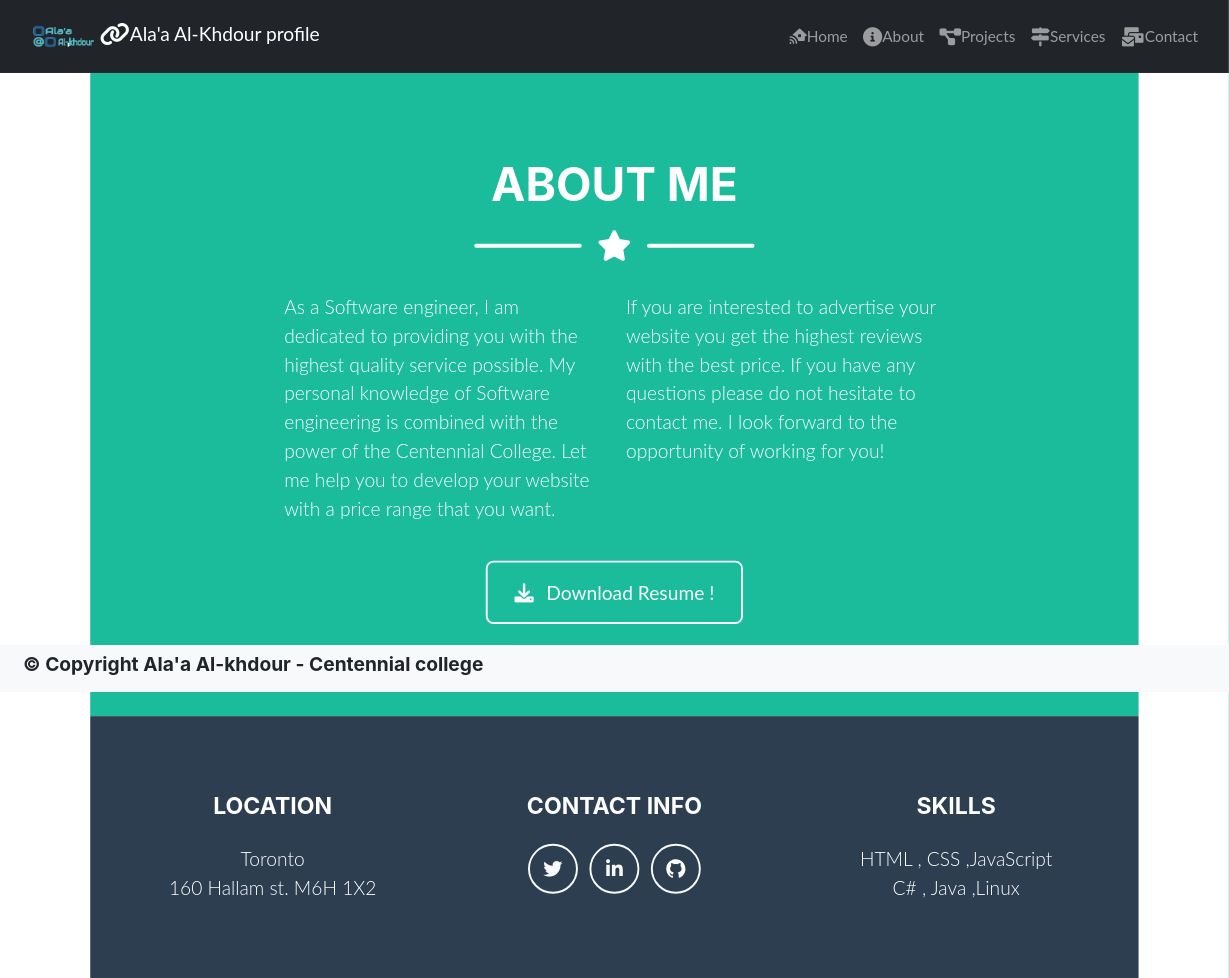
Repository: alaakhdour/heroukulivesite-section1
Page: http://localhost/about
These files come from the project's save history. The page is drawn as it stood at one moment and after the next save; the edit follows.
The browser window is 1280 px wide. The pictures show the whole page, at 96% of full size.
The page is served by the project's Node server (server.js). Other server files are loaded and not shown.

Above is the page before, as saved 2022-06-18 03:13:12.

### Server/Views/index.ejs

<!DOCTYPE html>
<html lang="en">
<head>
    <meta charset="UTF-8">
    <meta http-equiv="X-UA-Compatible" content="IE=edge">
    <meta name="viewport" content="width=device-width, initial-scale=1.0">
    <title><%= title %></title>
    <!-- CSS Section -->
    <link rel="stylesheet" href="./bootstrap/dist/css/bootstrap.min.css">
    <link rel="stylesheet" href="./@fortawsome/fontawesome-free/css/all.min.css">
    <link rel="stylesheet" href="./Content/app.css">
    <link rel="stylesheet" href="./Content/styles.css">
</head>
<body>
    <!-- Main Navigation Section -->
    <header>
        <%- include('./components/header.ejs'); %>
    </header>

    <!-- Content Section-->
    <main>
        <%- include('content/' + page + '.ejs'); %>

    </main>

    <!-- Site-wide footer-->
    <footer>
        <%- include('components/footer.ejs'); %>
    </footer>

    <!-- JavaScript Section -->
    <script src="./jquery/dist/jquery.min.js"></script>
    <script src="./bootstrap/dist/js/bootstrap.min.js"></script>
    <script src="./@fortawesome/fontawesome-free/js/all.min.js"></script>
    <script src="./Scripts/app.js"></script>
</body>
</html>

### Server/Views/components/header.ejs
<nav class="navbar navbar-expand-lg navbar-dark bg-dark">
    <div class="container-fluid">
      <a class="navbar-brand" href="/"> <img src="./Assets/images/logo.png" alt="" width="80" height="50"><i class="fa-solid fa-link fa-lg"></i>Ala'a Al-Khdour profile</a>
      <button class="navbar-toggler" type="button" data-bs-toggle="collapse" data-bs-target="#navbarSupportedContent" aria-controls="navbarSupportedContent" aria-expanded="false" aria-label="Toggle navigation">
        <span class="navbar-toggler-icon"></span>
      </button>
      <div class="collapse navbar-collapse" id="navbarSupportedContent">
        <ul class="navbar-nav ms-auto mb-2 mb-lg-0">
          <li class="nav-item">
            <a class="nav-link" aria-current="page" href="/home"><i class="fa-solid fa-house-signal"></i>Home</a>
          </li>

          <li class="nav-item">
            <a class="nav-link" aria-current="page" href="/about"><i class="fa-solid fa-circle-info fa-lg"></i>About</a>
          </li>

          <li class="nav-item">
            <a class="nav-link" aria-current="page" href="/projects"><i class="fa-solid fa-diagram-project fa-lg"></i>Projects</a>
          </li>

          <li class="nav-item">
            <a class="nav-link" aria-current="page" href="/services"><i class="fa-solid fa-signs-post fa-lg"></i>Services</a>
          </li>

          <li class="nav-item">
            <a class="nav-link" aria-current="page" href="/contact"><i class="fa-solid fa-envelopes-bulk fa-lg"></i>Contact </a>
          </li>


        </ul>
      </div>
    </div>
  </nav>

### Server/Views/content/about.ejs
<div class="container">


    <!-- About Section-->
    <section class="page-section bg-primary text-white mb-0" id="about">
        <div class="container">
            <!-- About Section Heading-->
            <h2 class="page-section-heading text-center text-uppercase text-white">About ME</h2>
            <!-- Icon Divider-->
            <div class="divider-custom divider-light">
                <div class="divider-custom-line"></div>
                <div class="divider-custom-icon"><i class="fas fa-star"></i></div>
                <div class="divider-custom-line"></div>
            </div>
            <!-- About Section Content-->
            <div class="row">
                <div class="col-lg-4 ms-auto"><p class="lead">As a Software engineer, I am dedicated to providing you with the highest quality service possible. My personal knowledge of Software engineering is combined with the power of the Centennial College. Let me help you to develop your website with a price range that you want. </p></div>
                <div class="col-lg-4 me-auto"><p class="lead">If you are interested to advertise your website you get the highest reviews with the best price. If you have any questions please do not hesitate to contact me. I look forward to the opportunity of working for you!</p></div>
            </div>
            <!-- About Section Button-->
            <div class="text-center mt-4">
                <a class="btn btn-xl btn-outline-light" href="./Assets/pdf/CV.Pdf" download>
                    <i class="fas fa-download me-2"></i>
                    Download Resume !
                </a>
            </div>
        </div>
    </section>

    <!-- Footer-->
    <footer class="footer text-center">
        <div class="container">
            <div class="row">
                <!-- Footer Location-->
                <div class="col-lg-4 mb-5 mb-lg-0">
                    <h4 class="text-uppercase mb-4">Location</h4>
                    <p class="lead mb-0">
                        Toronto
                        <br />
                        160 Hallam st. M6H 1X2
                    </p>
                </div>
                <!-- Footer Social Icons-->
                <div class="col-lg-4 mb-5 mb-lg-0">
                    <h4 class="text-uppercase mb-4">CONTACT INFO</h4>
                    <a class="btn btn-outline-light btn-social mx-1" href="https://twitter.com/alaakhdour"><i class="fab fa-fw fa-twitter"></i></a>
                    <a class="btn btn-outline-light btn-social mx-1" href="https://www.linkedin.com/in/ala-a-al-khdour-312240145/"><i class="fab fa-fw fa-linkedin-in"></i></a>
                    <a class="btn btn-outline-light btn-social mx-1" href="https://github.com/alaakhdour"><img src="./Assets/images/git.svg"></a>


                </div>
                <!-- Footer About Text-->
                <div class="col-lg-4">
                    <h4 class="text-uppercase mb-4">Skills</h4>
                    <p class="lead mb-0">
                        HTML , CSS ,JavaScript<br>
                        C# , Java ,Linux
                    </p>
                </div>
            </div>
        </div>
    </footer>
</div>

### Server/Views/components/footer.ejs
<nav class="navbar fixed-bottom bg-light">
    <div class="container-fluid">
      <h5 id="copyright">&copy; Copyright Ala'a Al-khdour - Centennial college</h5>
    </div>
  </nav>

### server.js
"use strict";
var __importDefault = (this && this.__importDefault) || function (mod) {
    return (mod && mod.__esModule) ? mod : { "default": mod };
};
Object.defineProperty(exports, "__esModule", { value: true });
const app_1 = __importDefault(require("./Server/Config/app"));
const debug_1 = __importDefault(require("debug"));
(0, debug_1.default)('week4:server');
const http_1 = __importDefault(require("http"));
const port = normalizePort(process.env.PORT || '3000');
app_1.default.set('port', port);
const server = http_1.default.createServer(app_1.default);
server.listen(port);
server.on('error', onError);
server.on('listening', onListening);
function normalizePort(val) {
    let port = parseInt(val, 10);
    if (isNaN(port)) {
        return val;
    }
    if (port >= 0) {
        return port;
    }
    return false;
}
function onError(error) {
    if (error.syscall !== 'listen') {
        throw error;
    }
    let bind = typeof port === 'string'
        ? 'Pipe ' + port
        : 'Port ' + port;
    switch (error.code) {
        case 'EACCES':
            console.error(bind + ' requires elevated privileges');
            process.exit(1);
            break;
        case 'EADDRINUSE':
            console.error(bind + ' is already in use');
            process.exit(1);
            break;
        default:
            throw error;
    }
}
function onListening() {
    let addr = server.address();
    let bind = 'pipe ' + addr;
    (0, debug_1.default)('Listening on ' + bind);
}
//# sourceMappingURL=server.js.map

### Server/Routes/index.js
"use strict";
var __importDefault = (this && this.__importDefault) || function (mod) {
    return (mod && mod.__esModule) ? mod : { "default": mod };
};
Object.defineProperty(exports, "__esModule", { value: true });
const express_1 = __importDefault(require("express"));
const router = express_1.default.Router();
router.get('/', function (req, res, next) {
    res.render('index', { title: 'Home', page: 'home' });
});
router.get('/home', function (req, res, next) {
    res.render('index', { title: 'Home', page: 'home' });
});
router.get('/about', function (req, res, next) {
    res.render('index', { title: 'About Us', page: 'about' });
});
router.get('/projects', function (req, res, next) {
    res.render('index', { title: 'My Projects', page: 'projects' });
});
router.get('/services', function (req, res, next) {
    res.render('index', { title: 'My services', page: 'services' });
});
router.get('/contact', function (req, res, next) {
    res.render('index', { title: 'contact us', page: 'contact' });
});


exports.default = router;
//# sourceMappingURL=index.js.map

### Client/Assets/images/git.svg
<?xml version="1.0"?><svg fill="#FFFFFF" xmlns="http://www.w3.org/2000/svg"  viewBox="0 0 24 24" width="24px" height="24px">    <path d="M10.9,2.1c-4.6,0.5-8.3,4.2-8.8,8.7c-0.5,4.7,2.2,8.9,6.3,10.5C8.7,21.4,9,21.2,9,20.8v-1.6c0,0-0.4,0.1-0.9,0.1 c-1.4,0-2-1.2-2.1-1.9c-0.1-0.4-0.3-0.7-0.6-1C5.1,16.3,5,16.3,5,16.2C5,16,5.3,16,5.4,16c0.6,0,1.1,0.7,1.3,1c0.5,0.8,1.1,1,1.4,1 c0.4,0,0.7-0.1,0.9-0.2c0.1-0.7,0.4-1.4,1-1.8c-2.3-0.5-4-1.8-4-4c0-1.1,0.5-2.2,1.2-3C7.1,8.8,7,8.3,7,7.6C7,7.2,7,6.6,7.3,6 c0,0,1.4,0,2.8,1.3C10.6,7.1,11.3,7,12,7s1.4,0.1,2,0.3C15.3,6,16.8,6,16.8,6C17,6.6,17,7.2,17,7.6c0,0.8-0.1,1.2-0.2,1.4 c0.7,0.8,1.2,1.8,1.2,3c0,2.2-1.7,3.5-4,4c0.6,0.5,1,1.4,1,2.3v2.6c0,0.3,0.3,0.6,0.7,0.5c3.7-1.5,6.3-5.1,6.3-9.3 C22,6.1,16.9,1.4,10.9,2.1z"/></svg>

### Client/data/data.json
{
    "FullName": "AlaaAlkhdour",
    "ContactNumber": "999999999999",
    "EmailAddress": "ala@example.com"
}

### content/app.css
h1
{
    font-size: 70px;
    font-family: Verdana, Geneva, Tahoma, sans-serif;
}

### scripts/app.js
//IIFE
(function()
{

    function Start()
    {
        console.log("App Started!");

        // use AJAX to read JSON file

        // Step 1: Create a new XHR object
        let XHR = new XMLHttpRequest();

        // Step 2: Create the request
        XHR.open("GET", "../data/data.json");

        // Step 3: Send the request
        XHR.send();

        // Step 4: create an event listener/handler
        XHR.addEventListener("readystatechange", function()
        {
            if(XHR.readyState == 4 && XHR.status == 200)
            {
                console.log("JSON Data:");
                console.log("===========");
                console.log(XHR.responseText);
            }
        });
    }

    window.addEventListener("load", Start);

})();

Loaded but not shown: Client/content/styles.css (library)

After the next save:
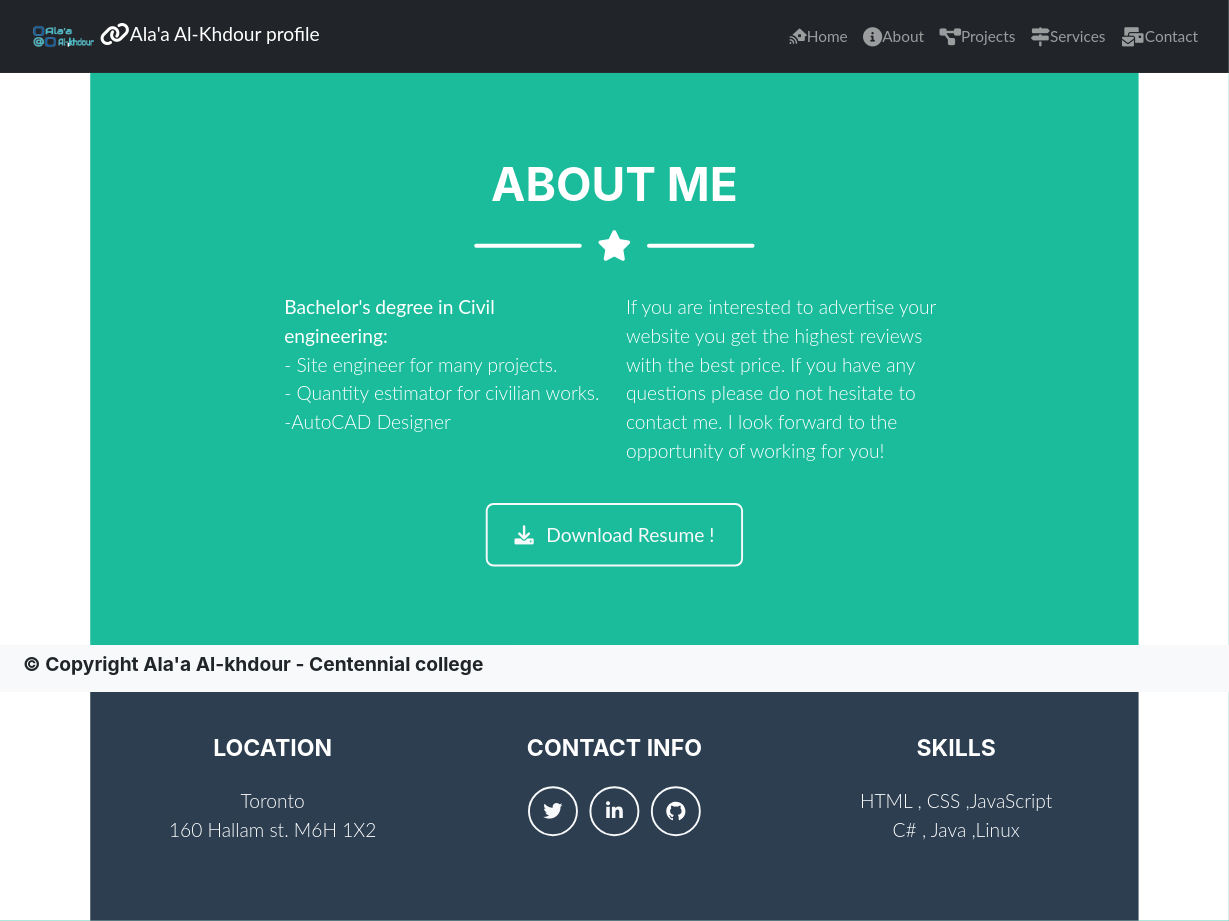
Saved 63 min 30 s later.
--- a/Server/Views/content/about.ejs
+++ b/Server/Views/content/about.ejs
@@ -14,7 +14,10 @@
             </div>
             <!-- About Section Content-->
             <div class="row">
-                <div class="col-lg-4 ms-auto"><p class="lead">As a Software engineer, I am dedicated to providing you with the highest quality service possible. My personal knowledge of Software engineering is combined with the power of the Centennial College. Let me help you to develop your website with a price range that you want. </p></div>
+                <div class="col-lg-4 ms-auto"><p class="lead"><b>Bachelor's degree in Civil engineering:<br></b>
+                    - Site engineer for many projects.<br>
+                    - Quantity estimator for civilian works.<br>
+                    -AutoCAD Designer<br><br> </p></div>
                 <div class="col-lg-4 me-auto"><p class="lead">If you are interested to advertise your website you get the highest reviews with the best price. If you have any questions please do not hesitate to contact me. I look forward to the opportunity of working for you!</p></div>
             </div>
             <!-- About Section Button-->
